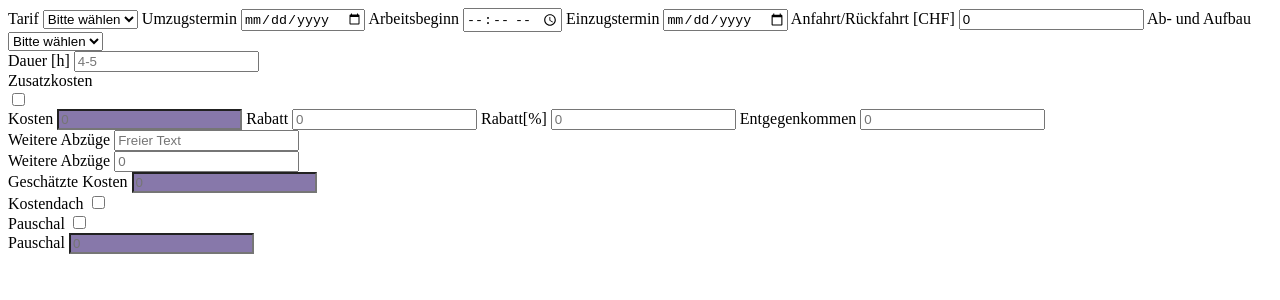
Repository: oguzhansade/SwissTransport
Page: resources/views/front/offer/offerUmzug2.blade.php
The author's editor kept a copy of each file at every save. The page is drawn from the files as they stood at one save, then again after the next save.
The browser window is 1280 px wide. The pictures show the whole page.
The page is served by the project's Laravel application, run on PHP 8.4 with Laravel 9. The template is opened directly, without the code that normally fills it, so the values that code supplies are empty.

Above is the page before, as saved 2023-02-04 14:29:30.

After the next save:
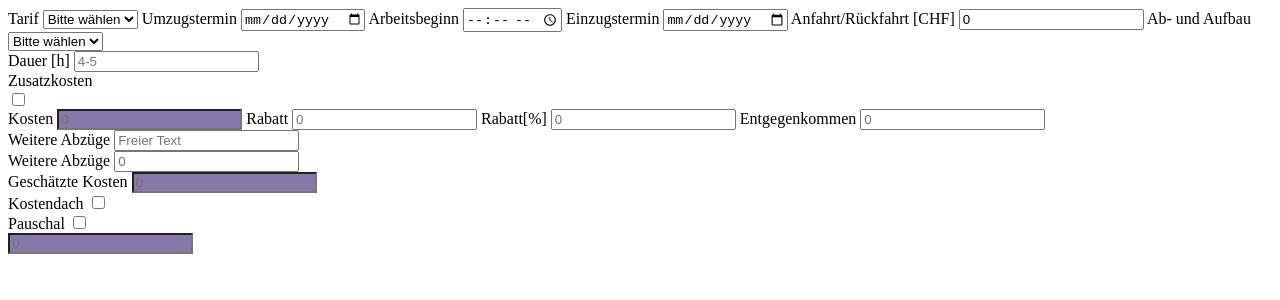
Saved 18 s later.
--- a/resources/views/front/offer/offerUmzug2.blade.php
+++ b/resources/views/front/offer/offerUmzug2.blade.php
@@ -266,7 +266,6 @@
             <input type="checkbox"  name="isPauschal" id="isPauschal" class="js-switch mt-1" data-color="#9c27b0" data-size="small" data-switchery="false" >
         </div>
 
-        <label class="col-form-label" for="l0">Pauschal</label>
         <input class="form-control"  name="umzugDefaultPrice" placeholder="0"  type="number" style="background-color: #8778aa;color:white;">
     </div>
 </div>
